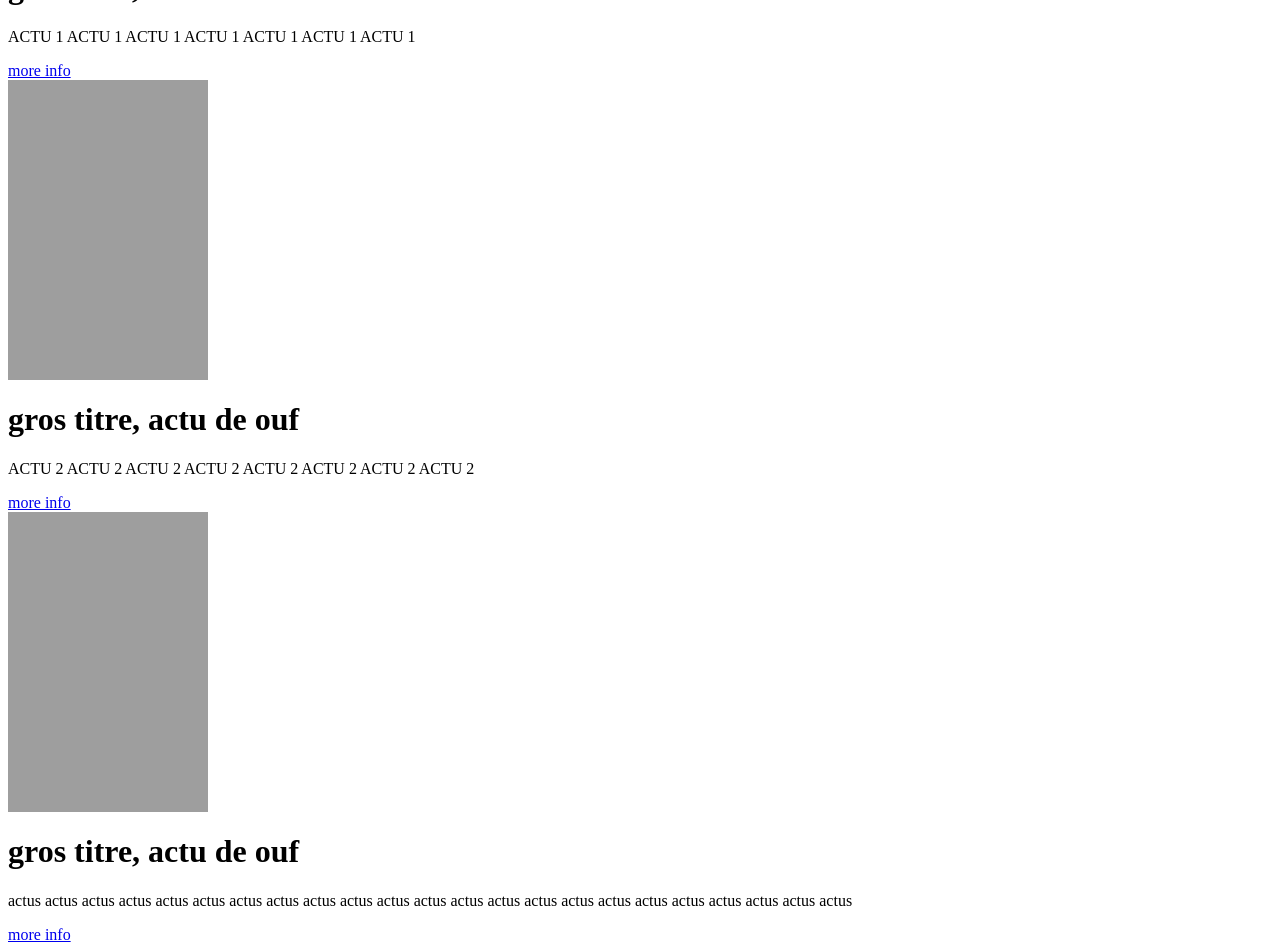
Repository: Mini-T/git-course
Page: actualites/actualite.html
These files come from the project's save history. The page is drawn as it stood at one moment and after a run of saves; the edit follows.
The browser window is 1280 px wide. The pictures show the part of the page from y = 360 to 1312 px (the page is 1312 px tall).
Pictures or frames that could not be fetched are drawn as grey boxes.

Above is the page before, as saved 2022-09-26 15:11:06.

After the next 3 saves:
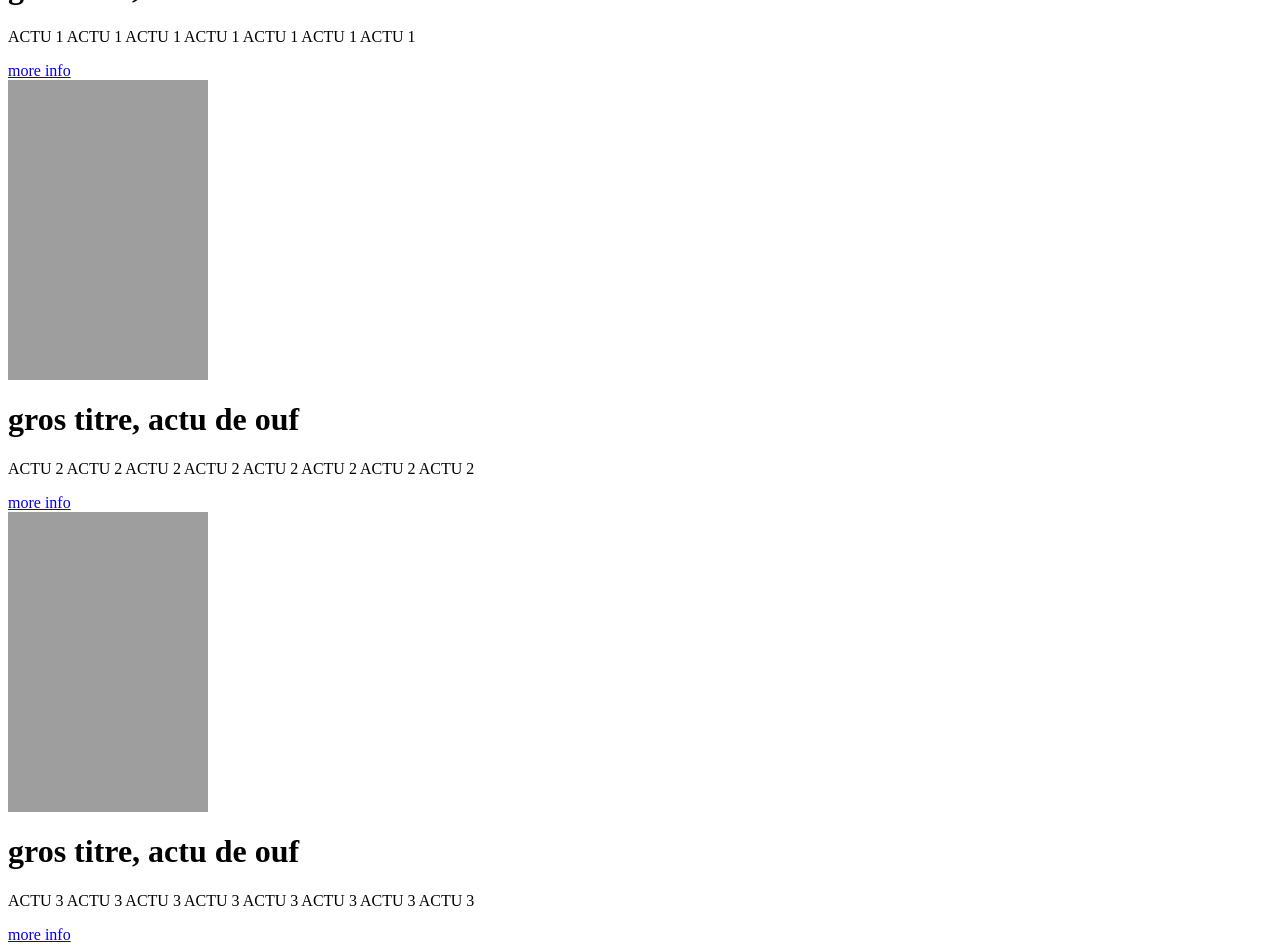
The 3 saves are shown as one change because they came seconds apart.
The last was saved 13 s later.
--- a/actualites/actualite.html
+++ b/actualites/actualite.html
@@ -27,7 +27,7 @@
                     <h1>
                         gros titre, actu de ouf
                     </h1>
-                    <p>actus actus actus actus actus actus actus actus actus actus actus actus actus actus actus actus actus actus actus actus actus actus actus </p>
+                    <p>ACTU 3 ACTU 3 ACTU 3 ACTU 3 ACTU 3 ACTU 3 ACTU 3 ACTU 3  </p>
                     <a href="./single-actualite_3.html">more info</a>
                 </div>
             </div>
